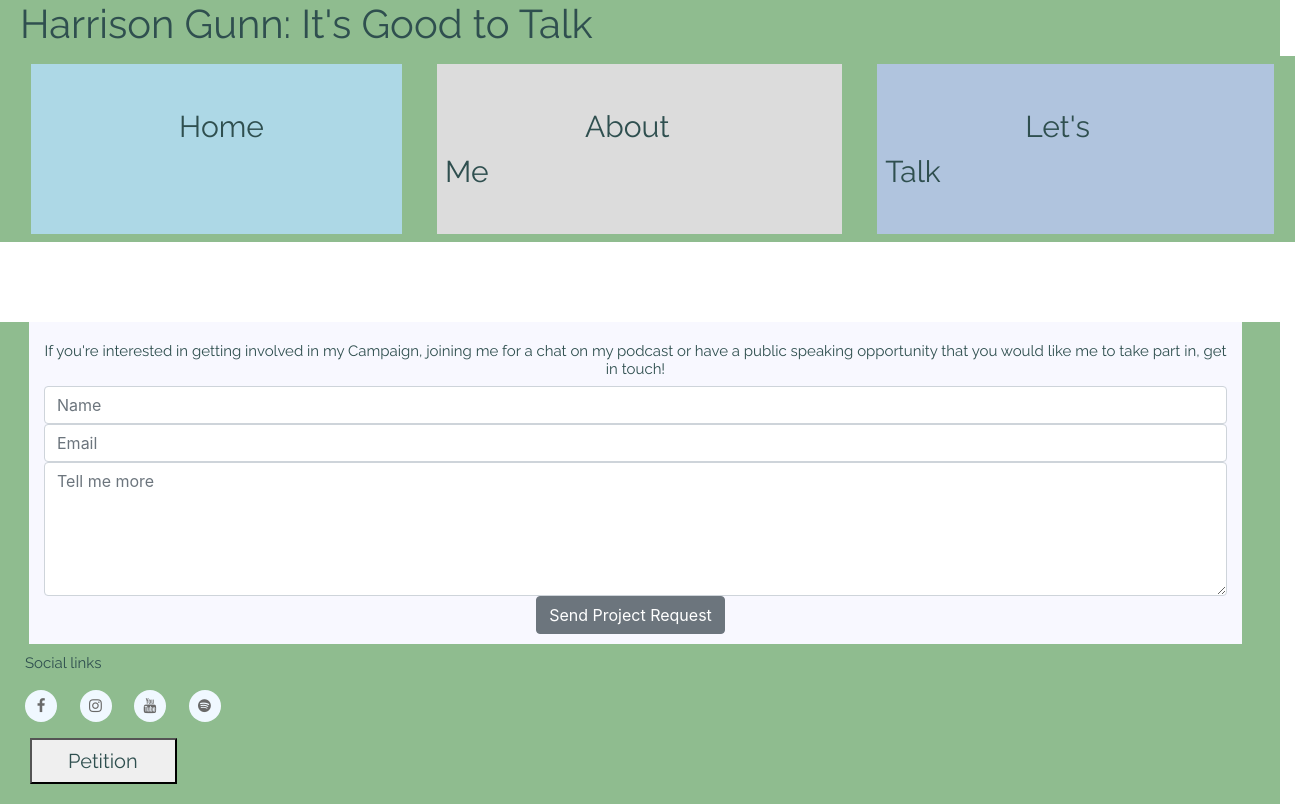
Repository: Leannald13/mile-stone-project-html
Page: contact.html
The author's editor kept a record of every edit. The page is drawn from the files as they stood at one moment, then again after the next edit.
The browser window is 1280 px wide. The page is 1295 px wide, so the pictures cover 1295 px, including what lies to the right of the window. The pictures show the part of the page from y = 500 to 1304 px (the page is 1304 px tall).

Above is the page before.

After the next edit:
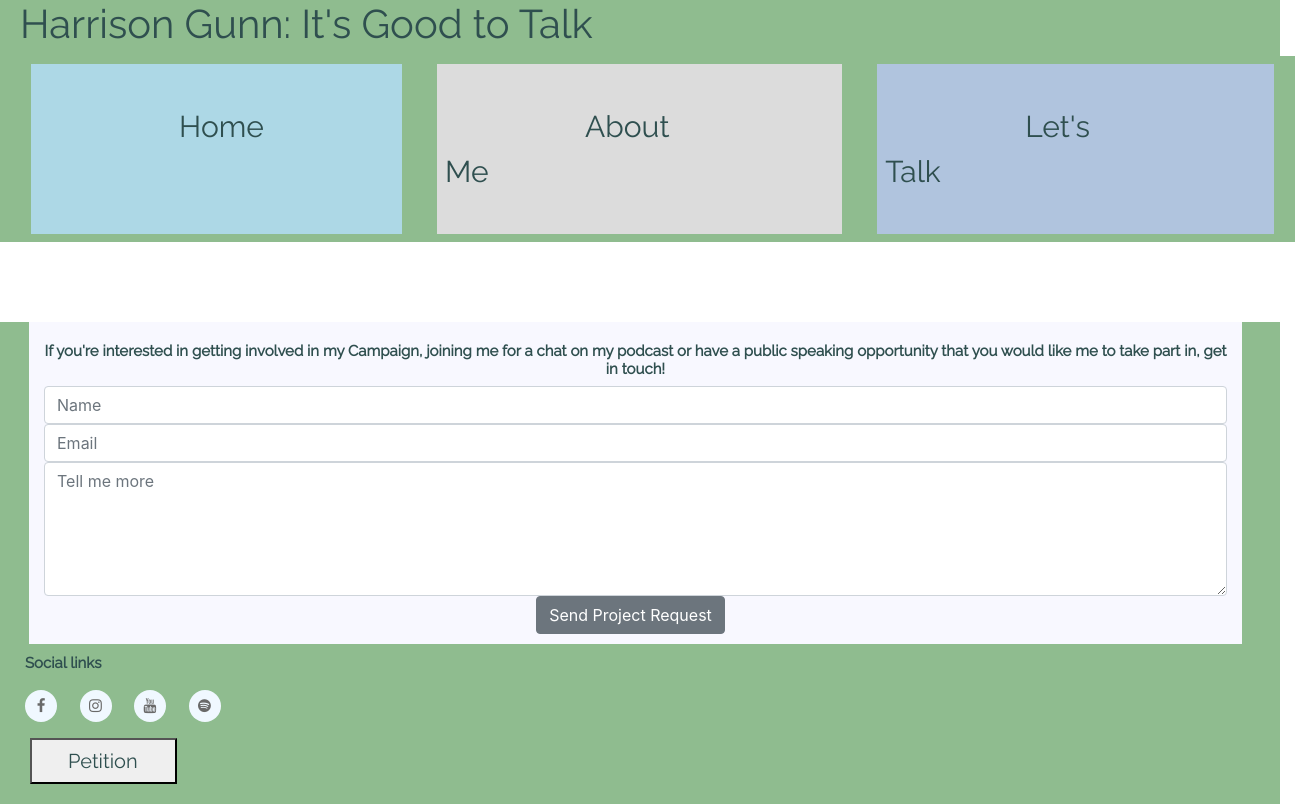
The edit:
--- a/assets/css/style.css
+++ b/assets/css/style.css
@@ -109,7 +109,7 @@
     color: #2f4f4f;
     font-family: "Raleway", sans-serif;
     font-size: 15px;
-    font-weight: 400;
+    font-weight: 600;
     padding-top: 5px;
 
 }
